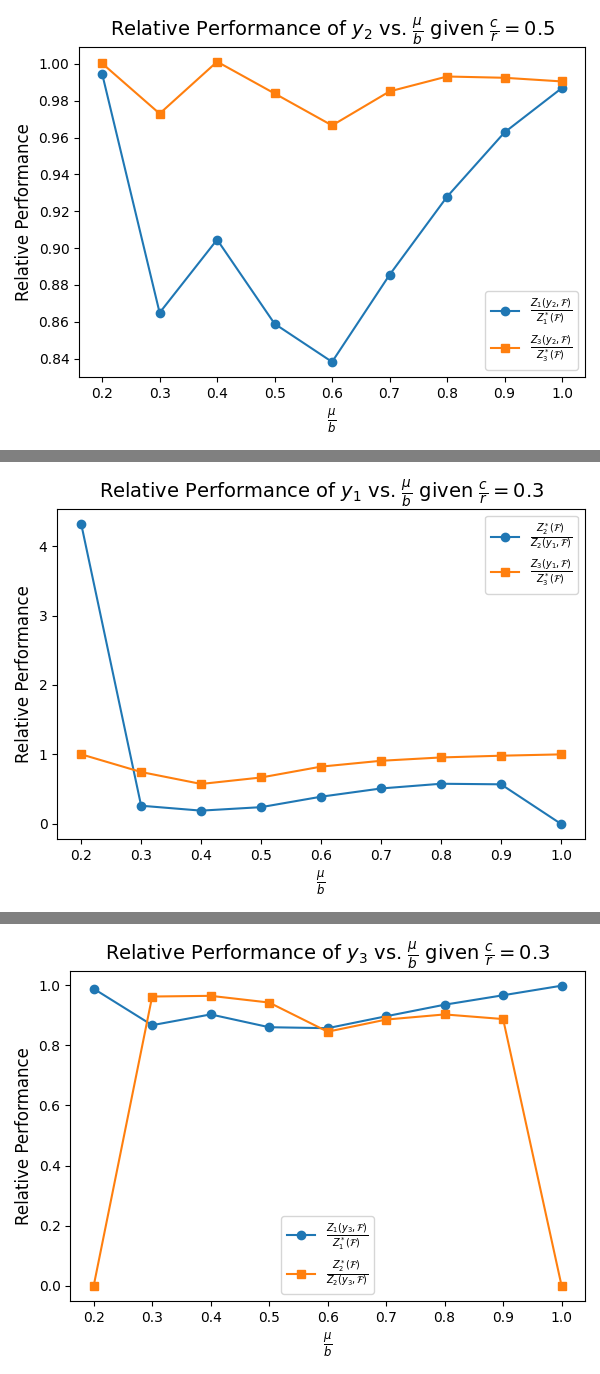
Repository: jhhhln/Research_code
Script's output: python multi_criteria/cross_result/draw_figure.py
An editor plug-in stored every save of this project. The script's output is shown before and after the next save, followed by the edit.
Each picture stacks the figures in order, with grey between them; figures that are only written to a file come last. Random numbers start from a fixed seed.

Above is the script's output before, as saved 2025-11-22 10:38:46.

### multi_criteria/cross_result/draw_figure.py
import pandas as pd
import matplotlib.pyplot as plt

file_path = 'cross_mub_2.csv'
df = pd.read_csv(file_path)

for col in ['Z1_y2_over_Z1_star', 'Z3_y2_over_Z3_star']:
    df[col] = df[col].fillna(0)
    df[col] = df[col].clip(lower=0)

# === 3. 按 mu/b 排序 ===
df = df.sort_values(by='mu/b')

# === 4. 绘制图像 ===
plt.figure(figsize=(6, 4.5))

plt.plot(df['mu/b'], df['Z1_y2_over_Z1_star'], marker='o',
         label=r'$\frac{Z_1(y_2,\mathcal{F})}{Z_1^*(\mathcal{F})}$',color='#1f77b4')
plt.plot(df['mu/b'], df['Z3_y2_over_Z3_star'], marker='s',
         label=r'$\frac{Z_3(y_2,\mathcal{F})}{Z_3^*(\mathcal{F})}$',color= '#ff7f0e')

# === 5. 添加图例与标签 ===
plt.xlabel(r'$\frac{\mu}{b}$', fontsize=12)
plt.ylabel(r'Relative Performance', fontsize=12)
plt.title(r'Relative Performance of $y_2$ vs. $\frac{\mu}{b}$ given $\frac{c}{r}=0.5$', fontsize=14)
plt.legend()
plt.grid(False)

plt.tight_layout()
# plt.savefig('cross4_2.pdf', format='pdf', bbox_inches='tight')
plt.show()



for col in ['Z2_star_over_Z2_y1', 'Z3_y1_over_Z3_star']:
    df[col] = df[col].fillna(0)
    df[col] = df[col].clip(lower=0)

# === 3. 按 mu/b 排序 ===
df = df.sort_values(by='mu/b')

# === 4. 绘制图像 ===
plt.figure(figsize=(6, 4.5))

plt.plot(df['mu/b'], df['Z2_star_over_Z2_y1'], marker='o',
         label=r'$\frac{Z_2^*(\mathcal{F})}{Z_2(y_1,\mathcal{F})}$',color='#1f77b4')
plt.plot(df['mu/b'], df['Z3_y1_over_Z3_star'], marker='s',
         label=r'$\frac{Z_3(y_1,\mathcal{F})}{Z_3^*(\mathcal{F})}$',color= '#ff7f0e')

# === 5. 添加图例与标签 ===
plt.xlabel(r'$\frac{\mu}{b}$', fontsize=12)
plt.ylabel(r'Relative Performance', fontsize=12)
plt.title(r'Relative Performance of $y_1$ vs. $\frac{\mu}{b}$ given $\frac{c}{r}=0.3$', fontsize=14)
plt.legend()
plt.grid(False)

plt.tight_layout()
# plt.savefig('cross4_1.pdf', format='pdf', bbox_inches='tight')
plt.show()

for col in ['Z1_y3_over_Z1_star', 'Z2_star_over_Z2_y3']:
    df[col] = df[col].fillna(0)
    df[col] = df[col].clip(lower=0)
# === 3. 按 mu/b 排序 ===
df = df.sort_values(by='mu/b')
# === 4. 绘制图像 ===
plt.figure(figsize=(6, 4.5))
plt.plot(df['mu/b'], df['Z1_y3_over_Z1_star'], marker='o',
         label=r'$\frac{Z_1(y_3,\mathcal{F})}{Z_1^*(\mathcal{F})}$',color='#1f77b4')
plt.plot(df['mu/b'], df['Z2_star_over_Z2_y3'], marker='s',
         label=r'$\frac{Z_2^*(\mathcal{F})}{Z_2(y_3,\mathcal{F})}$',color= '#ff7f0e')
# === 5. 添加图例与标签 ===
plt.xlabel(r'$\frac{\mu}{b}$', fontsize=12)
plt.ylabel(r'Relative Performance', fontsize=12)
plt.title(r'Relative Performance of $y_3$ vs. $\frac{\mu}{b}$ given $\frac{c}{r}=0.3$', fontsize=14)
plt.legend()
plt.grid(False)
plt.tight_layout()
# plt.savefig('cross4_3.pdf', format='pdf', bbox_inches='tight')
plt.show()

### multi_criteria/cross_mub_2.csv
c,r,mu,a,b,I,mu/b,y1,y2,y3,Z1_star,Z2_star,Z3_star,Z2_y1,Z3_y1,Z1_y2,Z3_y2,Z1_y3,Z2_y3,Z1_y2_over_Z1_star,Z1_y3_over_Z1_star,Z2_star_over_Z2_y1,Z2_star_over_Z2_y3,Z3_y1_over_Z3_star,Z3_y2_over_Z3_star
0.3,1,1.0,1,5,1,0.2,1.0003095213193078,1.012331552575675,1.0266836606163274,0.7001036831660729,-0.021963577174378,0.998046875,-0.0050817123862136,0.99993896484375,0.696296167363988,0.99822998046875,0.6918766777489458,0.0001629223918619,0.9945614972558549,0.9882488756809247,4.32208190962636,-134.81005847861152,1.0018957925636007,1.0001834637964775
0.3,1,1.5,1,5,1,0.3,1.0003239459198612,1.539676097368622,1.5316812572213516,0.7001182610589681,0.0911221299906059,0.8935546875,0.3481689906670517,0.6673583984375,0.6055640381054408,0.869384765625,0.6069685142915034,0.0946950411594034,0.8649453553596663,0.8669514109993782,0.26171810940436246,0.9622692896581237,0.7468579234972678,0.9729508196721312
0.3,1,2.0,1,5,1,0.4,1.0002984746845631,2.333181781209833,2.35904298197864,0.7001316168221727,0.1335504909195449,0.8701171875,0.6990770993189667,0.50042724609375,0.633342323994033,0.87109375,0.6320500539442256,0.1384582640873103,0.9046046611474431,0.9027589081222149,0.19103828611986912,0.9645541333331278,0.5751262626262627,1.001122334455668
0.3,1,2.5,1,5,1,0.5,4.999337261126751,3.11902422753503,3.135270807219242,0.9999501029979104,0.1801435433626336,0.859375,0.7471054630963974,0.57421875,0.858922965365539,0.84552001953125,0.8601412499124613,0.1911873279377375,0.8589658251851131,0.8601841705238154,0.24112197308265446,0.9422357920149371,0.6681818181818182,0.9838778409090909
0.3,1,3.0,1,5,1,0.6,4.999335423065824,3.786678779846324,3.927191388553624,1.4998662849879347,0.2348828642775001,0.8681640625,0.5997352348433589,0.71588134765625,1.257312345822677,0.839111328125,1.2854159934421474,0.2778637244080993,0.8382829578923371,0.8570203932895842,0.3916442633870723,0.8453167637403683,0.8245922384701913,0.9665354330708661
0.3,1,3.5,1,5,1,0.7,4.999333729239841,4.294500900638522,4.362499672455802,1.9997823194539968,0.2265863250746175,0.8994140625,0.4441250986348648,0.8173828125,1.7708152405376418,0.88592529296875,1.7930745823387424,0.2558501958064628,0.8855039987657906,0.8966348811546189,0.5101858142471347,0.8856210735363992,0.9087947882736156,0.9850027144408252
0.3,1,4.0,1,5,1,0.8,4.999332620271504,4.599288935456634,4.639320225002103,2.500039997010244,0.1723596144906531,0.935546875,0.2981926083540014,0.89501953125,2.31966905659768,0.9290771484375,2.337724476327504,0.1909338285127608,0.9278527781042438,0.9350748304519726,0.5780143761512532,0.902719103436056,0.9566805845511482,0.9930845511482255
0.3,1,4.5,1,5,1,0.9,4.999330204080324,4.80576306037632,4.825161822956504,3.0000137968995366,0.0855675185477842,0.970703125,0.15015434044088,0.953125,2.8883323326880888,0.96331787109375,2.899477164650801,0.0964293568319263,0.9627730164685013,0.9664879433712477,0.5698637701483864,0.8873596315375827,0.9818913480885312,0.9923918511066399
0.3,1,5.0,1,5,1,1.0,5.0,4.934980448541668,4.991467187105161,3.499990062101067,0.0137025764627658,0.9990234375,-0.0017036429001144,0.99993896484375,3.454095139729711,0.98944091796875,3.4940480850928104,-0.0097076025905078,0.9868871278040702,0.9983022874628709,-8.043103670285404,-1.41153043040352,1.00091642228739,0.9904081133919843

### multi_criteria/cross_mub_3.csv
c,r,mu,a,b,I,mu/b,y1,y2,y3,Z1_star,Z2_star,Z3_star,Z2_y1,Z3_y1,Z1_y2,Z3_y2,Z1_y3,Z2_y3,Z1_y2_over_Z1_star,Z1_y3_over_Z1_star,Z2_star_over_Z2_y1,Z2_star_over_Z2_y3,Z3_y1_over_Z3_star,Z3_y2_over_Z3_star
0.5,1,1.0,1,5,1,0.2,1.0003207851290796,1.360679774997897,1.0557101466260512,0.499770963390127,0.0942079523874173,0.9990234375,-0.0133201845388715,0.99993896484375,0.3196603502461932,0.644775390625,0.4721639416210972,-0.0104385654186023,0.6396136903949393,0.9447606527963102,-7.072571112847262,-9.024990370758392,1.00091642228739,0.645405669599218
0.5,1,1.5,1,5,1,0.3,1.0003162082304085,1.295569600652691,1.253569307405764,0.5000533104278561,0.1037080362793063,0.8310546875,0.2452483155944618,0.668212890625,0.3891619227491268,0.7891845703125,0.4049111941054623,0.1232258442613879,0.778240868790873,0.8097360534600037,0.42286951503795867,0.8416094602632203,0.8040540540540541,0.9496180963572268
0.5,1,2.0,1,5,1,0.4,1.000316823628086,1.6901092896751662,1.6046982608246931,0.500067598948211,0.1667045309281224,0.7724609375,0.5000002859426533,0.5010986328125,0.3274551613705226,0.65594482421875,0.3488615783951362,0.202599642543372,0.6548217922122069,0.6976288388387781,0.33340887118461027,0.8228273694630766,0.6487041719342604,0.8491624525916561
0.5,1,2.5,1,5,1,0.5,1.0003218084789034,2.328912785518685,2.063827055642528,0.500080799500201,0.1749842174637206,0.78125,0.7487610947975059,0.40234375,0.3338764468999319,0.670654296875,0.3670288024993927,0.2450437899860571,0.6676450030347499,0.733939001189837,0.23369833005418522,0.7140936624987604,0.515,0.8584375
0.5,1,3.0,1,5,1,0.6,4.652035914654198,2.999329425202305,3.018242000020392,0.5001752868815563,0.1702404871934022,0.8330078125,0.8231695116193802,0.44964599609375,0.4999938184010456,0.83203125,0.4999936695111635,0.1753909831603547,0.9996371902305647,0.9996368925551576,0.20681097245511026,0.9706342032290021,0.5397860492379836,0.9988276670574443
0.5,1,3.5,1,5,1,0.7,4.999480874996088,3.701360581904301,3.8422169909406487,1.000153232496476,0.175226016491236,0.861328125,0.7472612957246234,0.57421875,0.8376544710832927,0.83984375,0.8552479904722696,0.215208197303754,0.8375261348627838,0.855116958765899,0.23449095717090282,0.8142162737598445,0.6666666666666666,0.9750566893424036
0.5,1,4.0,1,5,1,0.8,4.999485608206879,4.280651338557218,4.3652709302708415,1.4998688946336336,0.1581746887180906,0.8994140625,0.499851099418765,0.75079345703125,1.3201623704842202,0.890625,1.341321552238507,0.190658371072715,0.8801851783229964,0.8942925325257483,0.31644361471249877,0.8296236238049286,0.8347584147665581,0.990228013029316
0.5,1,4.5,1,5,1,0.9,5.0,4.672188491897692,4.686783399864879,2.000109148844761,0.0925139523068103,0.9541015625,0.2494179424780086,0.891845703125,1.8771429578657584,0.9405517578125,1.882586545803039,0.1104540106078074,0.9385202597318119,0.9412419051682246,0.3709193949227102,0.8375789326048336,0.9347492323439099,0.9857983623336745
0.5,1,5.0,1,5,1,1.0,4.999479843104614,4.978843698643593,4.981718804392401,2.5000948783201604,-0.0588202637324641,0.9970703125,-0.0293217355490078,0.99993896484375,2.489676250881008,0.99652099609375,2.4908575997757083,0.0076290711249153,0.9958327071786361,0.996305228803693,2.006029405529322,-7.710016431799506,1.0028770812928502,0.999449069539667

After the next save:
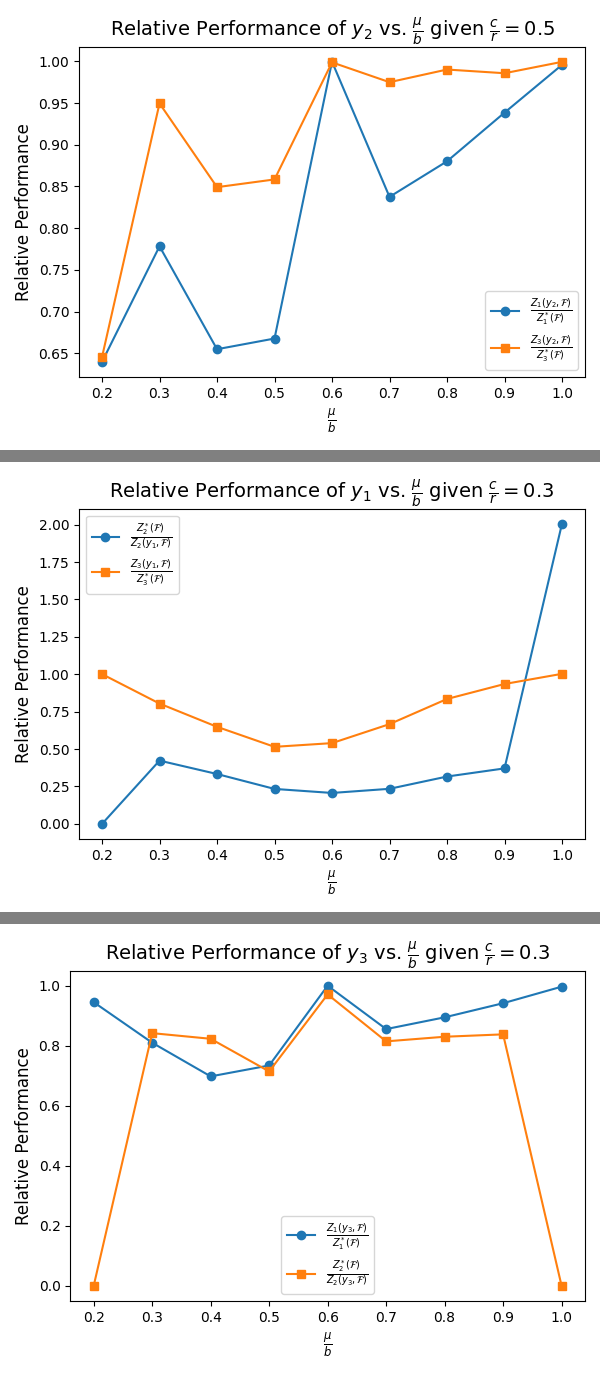
Saved 9 s later.
--- a/multi_criteria/cross_result/draw_figure.py
+++ b/multi_criteria/cross_result/draw_figure.py
@@ -1,7 +1,7 @@
 import pandas as pd
 import matplotlib.pyplot as plt
 
-file_path = 'cross_mub_2.csv'
+file_path = 'cross_mub_3.csv'
 df = pd.read_csv(file_path)
 
 for col in ['Z1_y2_over_Z1_star', 'Z3_y2_over_Z3_star']:
